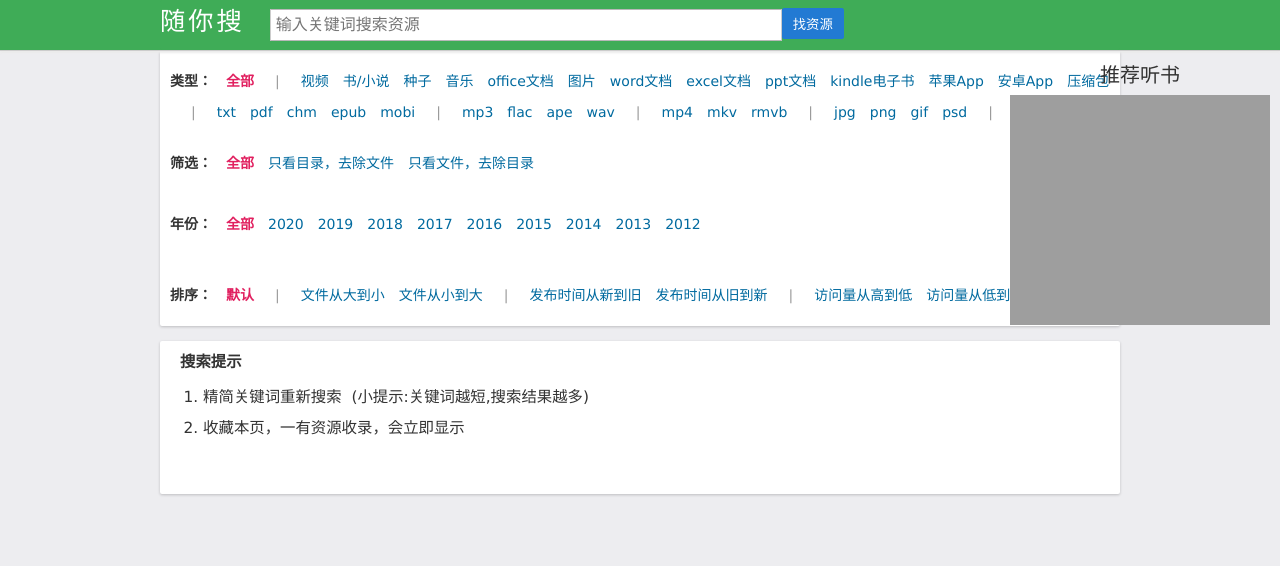
Repository: youngsailsail/nodeStudy
Page: / (app in 爬虫/前端vue/search-book/)
These files come from the project's save history. The page is drawn as it stood at one moment and after the next save; the edit follows.
The browser window is 1280 px wide. The pictures show the whole page.
Pictures or frames that could not be fetched are drawn as grey boxes. The project was rebuilt for these pictures with package versions that can differ from the ones it lists, and the page was loaded fresh each time. Also part of the build but not shown: 爬虫/前端vue/search-book/vue.config.js.

Above is the page before, as saved 2020-05-09 22:49:13.

### 爬虫/前端vue/search-book/src/App.vue
<template>
  <div id="app">
    <Search />
    <FilterBook />
    <List />
  </div>
</template>

<script>
import Search from "./components/Search.vue";
import FilterBook from "./components/FilterBook.vue";
import List from "./components/List.vue";

export default {
  name: "App",
  components: {
    Search,
    FilterBook,
    List
  }
};
</script>

<style>
@import "./assets/css/screen.css";
@import "./assets/css/app.css";
</style>

### 爬虫/前端vue/search-book/src/assets/css/app.css
@charset "utf-8";.center {
    text-align: center
}

.left {
    text-align: left
}

.right {
    text-align: right
}

.left- {
    float: left
}

.right- {
    float: right
}

.bothall {
    clear: both
}

.sep05 {
    margin-top: 5px
}

.sep {
    margin-top: 10px
}

.sep15 {
    margin-top: 15px
}

.sep.sep2 {
    margin-top: 20px
}

.sep.sep25 {
    margin-top: 25px
}

.sep.sep3 {
    margin-top: 30px
}

.sep.sep4 {
    margin-top: 40px
}

.sep.sep5 {
    margin-top: 50px
}

.sep05- {
    margin-bottom: 5px
}

.sep- {
    margin-bottom: 10px
}

.sep15- {
    margin-bottom: 15px
}

.sep2- {
    margin-bottom: 20px
}

.sep25- {
    margin-bottom: 25px
}

.sep3- {
    margin-bottom: 30px
}

.sep4- {
    margin-bottom: 40px
}

.sep5- {
    margin-bottom: 50px
}

.sep-13px {
    margin-top: 13px
}

.sep-14px {
    margin-top: 14px
}

.nosep {
    margin: 0
}

.sep-left {
    margin-left: 20px
}

.sep-left1 {
    margin-left: 10px
}

.sep-left05 {
    margin-left: 5px
}

.sep-right {
    margin-right: 20px
}

.sep-right1 {
    margin-right: 10px
}

.sep-right05 {
    margin-right: 5px
}

.sep-both {
    margin-right: 20px;
    margin-left: 20px
}

.sep-both1 {
    margin-right: 10px;
    margin-left: 10px
}

.sep-both05 {
    margin-right: 5px;
    margin-left: 5px
}

.bold {
    font-weight: bold
}

.nobold {
    font-weight: normal
}

.no-bold {
    font-weight: normal
}

.red {
    color: red
}

.blue {
    color: blue
}

.black {
    color: black
}

.white {
    color: white
}

.green {
    color: green
}

.hightlight {
    color: red
}

.cursor-pointer {
    cursor: pointer
}

.hide {
    display: none
}

.block,.display {
    display: block
}

.inline {
    display: inline
}

.inline-block {
    display: inline-block
}

.middle {
    vertical-align: middle
}

.top {
    vertical-align: top
}

.small {
    font-size: 90%
}

.small2 {
    font-size: 80%
}

.large {
    font-size: 110%
}

.large2 {
    font-size: 120%
}

.error,.notice,.success,.msg {
    padding: .8em;
    margin-bottom: 1em;
    border: 2px solid #ddd
}

.error {
    background: #fbe3e4;
    color: #8a1f11;
    border-color: #fbc2c4
}

.notice {
    background: #fff6bf;
    color: #514721;
    border-color: #ffd324
}

.success {
    background: #e6efc2;
    color: #264409;
    border-color: #c6d880
}

.msg {
    background: #d5edf8;
    color: #205791;
    border-color: #92cae4
}

.error a {
    color: #8a1f11
}

.notice a {
    color: #514721
}

.success a {
    color: #264409
}

.msg a {
    color: #205791
}

label {
    font-weight: bold
}

input[type=text],input[type=password],input[type=url],input[type=email],input.text,input.title,textarea,select {
    font-size: 1em
}

h1,h2,h3,h4,h5,h6 {
    font-size: 1.1em;
    line-height: 1.5em
}

.hint {
    color: #999
}

.light {
    color: #999
}

.red {
    color: #E12160
}

.blue {
    color: #227AD3
}

.green {
    color: #009A61
}

.orange {
    color: #FF6600
}

.light_green {
    color: #18C2C8
}

.highlight {
    color: #C00
}

.padding-sep {
    padding: 5px
}

.bold-s {
    display: none
}

.page-list {
    clear: both;
    text-align: center;
    margin: 20px 0;
    line-height: 26px
}

.page-list a,.page-list b {
    border: 1px solid #227AD3;
    text-decoration: none;
    display: inline-block;
    margin: 0 0 6px 4px;
    padding: 2px 6px;
    background-color: white
}

.page-list b {
    background-color: #227AD3;
    color: white
}

.slide .t,.slide2 .t {
    padding: 5px;
    display: block;
    font-weight: bold;
    height: 30x;
    line-height: 30x
}

.slide div.c,.slide2 div.c {
    padding: 5px
}

.slide h1,.slide2 h1,.slide h2,.slide2 h2 {
    padding: 5px;
    display: block;
    font-weight: bold;
    height: 30x;
    line-height: 30x
}

.slide h1.clear,.slide2 h1.clear,.slide h2.clear,.slide2 h2.clear {
    background-color: white
}

.slide .line,.slide2 .line {
    border: none;
    background-color: #DFDFDF;
    display: block;
    height: 1px;
    margin-bottom: .5em;
    overflow: hidden
}

.slide2 {
    padding: 5px
}

.slide2 h1,.slide2 h2 {
    border: 0
}

div.crumb {
    clear: both;
    color: #999;
    letter-spacing: 2px;
    padding: 5px;
    white-space: nowrap;
    overflow: hidden;
    text-overflow: ellipsis
}

img.cover {
    border: 1px solid #DFDFDF;
    padding: 2px;
    overflow: hidden;
    vertical-align: middle;
    width: 120px;
    height: 150px;
    display: block
}

ul.list2 {
    clear: both;
    list-style-type: none
}

ul.list2 li {
    float: left;
    width: 50%;
    border-bottom: 1px dashed #DFDFDF;
    white-space: nowrap;
    overflow: hidden;
    line-height: 2em;
    margin-top: 5px
}

ul.list2 li a.today {
    color: #E12160;
    text-decoration: none
}

ul.list2 li a.today:focus,ul.list2 li a.today:hover {
    color: #E12160;
    text-decoration: underline;
    background: none
}

ul.list2 li span.timeline {
    color: #999;
    font-size: 80%;
    margin-left: 1em
}

ul.list3 {
    clear: both;
    list-style-type: none
}

ul.list3 li {
    float: left;
    width: 33%;
    border-bottom: 1px dashed #DFDFDF;
    white-space: nowrap;
    overflow: hidden;
    line-height: 2em;
    margin-top: 5px
}

ul.list3 li a.today {
    color: #E12160;
    text-decoration: none
}

ul.list3 li a.today:focus,ul.list3 li a.today:hover {
    color: #E12160;
    text-decoration: underline;
    background: none
}

ul.list3 li span.timeline {
    color: #999;
    font-size: 80%;
    margin-left: 1em
}

ul.list4 {
    clear: both;
    list-style-type: none
}

ul.list4 li {
    float: left;
    width: 25%;
    border-bottom: 1px dashed #DFDFDF;
    white-space: nowrap;
    overflow: hidden;
    line-height: 2em;
    margin-top: 5px
}

ul.list4 li a.today {
    color: #E12160;
    text-decoration: none
}

ul.list4 li a.today:focus,ul.list4 li a.today:hover {
    color: #E12160;
    text-decoration: underline;
    background: none
}

ul.list4 li span.timeline {
    color: #999;
    font-size: 80%;
    margin-left: 1em
}

ul.simple-list,ul.side-long,ul.side {
    list-style-type: none
}

ul.simple-list i,ul.side-long i,ul.side i {
    color: #999;
    margin-right: 1em
}

ul.simple-list li,ul.side-long li,ul.side li {
    width: 100%;
    text-align: left;
    height: 2em;
    line-height: 2em;
    white-space: nowrap;
    text-overflow: ellipsis;
    overflow: hidden
}

ul.side-long li {
    float: left;
    width: 350px;
    margin-right: 15px
}

ul.simple-list li {
    padding: 5px 0 5px 5px;
    border-bottom: 1px solid #DFDFDF
}

a.suffix-a {
    display: block;
    padding: 5px 0 5px 5px;
    border-bottom: 1px solid #DFDFDF
}

ul.u-list {
    list-style-type: none
}

ul.u-list li {
    width: 460px;
    border: 1px solid #d8dbdc;
    float: left;
    margin: 0 10px 15px 0
}

ul.u-list li.ad {
    width: 100%;
    border: 0;
    margin: 0
}

ul.u-list div.user {
    padding: 10px
}

ul.u-list div.user img.avatar {
    border: 1px solid #c7c7c7;
    width: 60px;
    height: 60px
}

ul.u-list div.user div.info {
    margin: 2px 0 0 10px;
    width: 350px;
    position: relative;
    height: 60px;
    float: left
}

ul.u-list div.user a.goto-uk-page {
    font-size: .9em;
    height: 26px;
    line-height: 26px;
    background-color: #959595;
    color: #fff;
    padding: 0 8px;
    float: right
}

ul.u-list div.user p.status {
    margin-top: 20px
}

ul.u-list div.user div.desc {
    height: 27px;
    line-height: 30px;
    overflow: hidden
}

ul.avatar-wall {
    list-style-type: none;
    padding-left: 10px
}

ul.avatar-wall li {
    width: 60px;
    float: left;
    margin: 0 11px 15px 0
}

ul.avatar-wall img.avatar {
    border: 1px solid #c7c7c7;
    width: 60px;
    height: 60px
}

table.list h5 {
    width: 124px;
    height: 19px;
    line-height: 15px;
    padding-top: 6px;
    background: #484848;
    filter: alpha(opacity=82);
    opacity: .9;
    font-size: 12px;
    margin-top: -27px;
    color: white;
    font-weight: normal;
    text-align: center;
    overflow: hidden;
    white-space: nowrap
}

table.list td {
    padding-left: 8px;
    height: 170px;
    vertical-align: top;
    text-align: center;
    width: 14.28%
}

table.list-resource {
    table-layout: fixed
}

table.list-resource th {
    background: none repeat scroll 0 0 #EFEFEF;
    font-weight: bold;
    padding: .5em 0;
    border-bottom: 1px solid #ccc
}

table.list-resource td {
    color: #999;
    border-bottom: 1px solid #F7F7F7;
    padding: .8em 0;
    white-space: nowrap;
    overflow: hidden
}

table.list-resource td.t1 {
    padding-right: 10px;
    text-overflow: ellipsis
}

table.list-resource td.t2 {
    font-weight: bold
}

table.list-resource a.tag {
    padding: 0 .3em;
    background-color: #999;
    color: white
}

body {
    font-family: '微软雅黑',Verdana,Georgia,SimSun,Arial,Helvetica,'sans-serif';
    font-size: 14px;
    background: #EDEDF0;
    color: #333
}

h1 {
    font-size: 1.3em;
    font-weight: bold;
    overflow: hidden;
    line-height: 2em;
    height: 2em;
    clear: both;
    letter-spacing: .6px
}

h2 {
    font-weight: bold;
    overflow: hidden;
    clear: both;
    letter-spacing: .6px;
    font-size: 1.2em;
    height: 1.8em;
    line-height: 1.8em
}

select,input,textarea {
    font-family: '微软雅黑',Verdana,Georgia,SimSun,Arial,Helvetica,'sans-serif'
}

dl,dd {
    margin: 0
}

.container {
    width: 960px;
    background: white;
    -webkit-border-radius: 2px;
    -moz-border-radius: 2px;
    border-radius: 2px;
    -webkit-box-shadow: 0 1px 3px rgba(0,0,0,0.2);
    -moz-box-shadow: 0 1px 3px rgba(0,0,0,0.2);
    box-shadow: 0 1px 3px rgba(0,0,0,0.2)
}

.no-c-border {
    border: 0;
    box-shadow: none
}

a {
    color: #016A9F;
    text-decoration: none
}

a:focus,a:hover {
    color: #016A9F;
    text-decoration: underline;
    background: none
}

a.light {
    color: #999;
    text-decoration: none
}

a.light:focus,a.light:hover {
    color: #999;
    text-decoration: underline;
    background: none
}

a.red {
    color: #E12160;
    text-decoration: none
}

a.red:focus,a.red:hover {
    color: #E12160;
    text-decoration: underline;
    background: none
}

a.green {
    color: #009A61;
    text-decoration: none
}

a.green:focus,a.green:hover {
    color: #009A61;
    text-decoration: underline;
    background: none
}

a.no-underline:focus,a.no-underline:hover {
    text-decoration: none
}

.white {
    color: white
}

div.share-bar {
    background: none repeat scroll 0 0 #FFFCFB;
    border: 1px solid #FBD0B2;
    border-radius: 3px;
    margin: 10px 5px;
    padding-left: 10px;
    height: 45px;
    line-height: 45px
}

div.bdsharebuttonbox {
    float: right;
    margin-left: 1em
}

div.bdsharebuttonbox a {
    margin-right: .7em
}

span.share-hint {
    float: left;
    font-size: 16px;
    line-height: 42px;
    color: #E12160
}

ul.links {
    list-style-type: none
}

ul.links li {
    float: left;
    text-align: left;
    margin-right: 1em;
    padding-bottom: .5em;
    white-space: nowrap;
    overflow: hidden;
    width: 6em
}

#back-to-top {
    bottom: 290px;
    display: none;
    position: fixed;
    right: 20px;
    z-index: 999999
}

#back-to-top a {
    background: url("/img/back-to-top.gif") no-repeat scroll 0 0 #9F9F9F;
    display: block;
    height: 50px;
    overflow: hidden;
    text-indent: -999px;
    width: 50px
}

#back-to-top a:hover {
    background-color: #707070;
    background-position: -50px 0
}

div.search-history {
    margin-bottom: 14px
}

div.search-history a {
    display: inline-block;
    margin-right: 1em
}

div.announcement-bar {
    font-size: 1.1em;
    margin-bottom: 10px;
    line-height: 2em
}

div.announcement-bar a {
    color: #E12160;
    font-weight: bold
}

div.announcement-bar a.close {
    color: #016A9F;
    font-weight: normal;
    margin-left: 2em
}

.autocomplete-suggestions {
    text-align: left;
    border: 1px solid #999;
    background: #FFF;
    overflow: auto
}

.autocomplete-suggestions strong {
    font-weight: normal;
    color: #C00
}

.autocomplete-suggestion {
    padding: 2px 5px;
    white-space: nowrap;
    overflow: hidden
}

.autocomplete-selected {
    background: #F0F0F0
}

.autocomplete-group {
    padding: 2px 5px
}

.autocomplete-group strong {
    display: block;
    border-bottom: 1px solid #000
}

.top-nav1 {
    background: #333;
    padding: 1em 0
}

.top-nav1 span.name {
    letter-spacing: 3px;
    font-size: 2em
}

.top-nav1 span.name a {
    color: white
}

.top-nav1 span.name a:focus,.top-nav1 span.name a:hover {
    color: white;
    text-decoration: none
}

.top-nav1 span.domain {
    margin-left: .6em;
    font-size: 1em;
    font-style: italic
}

.top-nav1 span.domain a {
    color: #009A61
}

.top-nav1 span.slogan1 {
    color: #F7F7F7;
    margin-left: 1em;
    font-size: .8em
}

.top-nav1 span.slogan2 {
    color: #999;
    float: right;
    font-style: italic
}

.top-nav2 {
    background: white;
    margin-bottom: 10px;
    height: 51px
}

.top-nav2 ul {
    list-style-type: none
}

.top-nav2 ul li {
    float: left;
    padding: .6em .6em 0 0;
    width: 85px
}

.top-nav2 ul li a {
    font-size: 1.3em;
    color: #333
}

.top-nav2 ul li a:focus,.top-nav2 ul li a:hover {
    color: #333;
    text-decoration: none
}

div.search {
    display: inline-block
}

div.search input.k {
    width: 17em;
    margin-left: 3em
}

div.search div.ad {
    margin-left: 9em
}

div.search-block {
    display: block;
    text-align: center;
    float: none
}

div.search-block input.k {
    padding: 5px;
    font-size: 1.3em;
    width: 60%;
    margin-left: 0
}

div.search-block div {
    margin-top: 1em;
    text-align: left
}

div.search-block p {
    margin-top: .5em;
    text-align: left;
    margin-left: 12em
}

div.top-fix-nav {
    background: rgb(63, 172, 87) none repeat scroll 0 0;
    border-bottom: 1px solid #ccc;
    box-shadow: 0 2px 2px #ebebeb;
    height: 50px;
    line-height: 50px;
    position: fixed;
    width: 100%;
    z-index: 999
}

div.top-fix-nav .container {
    background:rgb(63, 172, 87)
}

div.top-fix-nav span.name {
    letter-spacing: 3px;
    font-size: 1.8em;
    height: 35px;
    line-height: 35px;
    margin-right: 1em
}

div.top-fix-nav span.name span.blue {
    color: #008BF5
}

div.top-fix-nav span.name a {
    color: white
}

div.top-fix-nav span.name a:focus,div.top-fix-nav span.name a:hover {
    color: white;
    text-decoration: none
}

div.search input.title,div.search-block input.title,div.top-fix-nav input.title {
    font-size: 16px;
    border-color: #b8b8b8 #ccc;
    width: 500px;
    padding: 0 5px;
    height: 30px;
}

div.search input.s_btn,div.search-block input.s_btn,div.top-fix-nav input.s_btn {
    border: 1px solid #227ad3;
    border-radius: 2px;
    background: #227ad3 none repeat scroll 0 0;
    padding: 0 10px;
    color: #fff !important;
    cursor: pointer;
    display: inline-block;
    vertical-align: middle;
    height: 31px;
    line-height: 31px;
    margin-bottom: 6px
}

div.no-fix {
    position: static
}

div.header-clear {
    height: 60px;
    width: 100%
}

div.footer {
    text-align: center;
    color: #999;
    margin-top: 2em
}

div.search-page {
    padding: 0 10px
}

div.search-page h1 {
    font-size: 1em;
    font-weight: normal
}

div.search-page div.row {
    padding: 25px 0 5px 5px;
    border-bottom: 1px solid #efefef
}

div.search-page div.row p {
    margin: 0
}

div.search-page div.row h3 {
    width: 950px;
    white-space: nowrap;
    overflow: hidden;
    text-overflow: ellipsis;
    line-height: 1.5em;
    height: 1.5em;
    margin: 0 0 .5em 0
}

div.search-page div.row h3 a {
    font-size: 1.1em
}

div.search-page div.row img {
    vertical-align: middle
}

div.search-page div.row span.size {
    color: #000
}

div.search-page ol {
    margin: .5em 0 0 1.5em
}

div.search-page ol li {
    line-height: 2em
}

div.search-page div.page-list {
    margin-top: 40px;
    text-align: left
}

div.search-toolbox {
    padding: 10px
}

div.search-toolbox span.sep {
    margin: 0 .5em 0 1.5em;
    color: #999
}

div.search-toolbox a {
    margin-left: 1em;
    display: inline-block;
    padding-bottom: 10px
}

div.search-toolbox a.on,div.search-toolbox input.on {
    color: #E12160;
    font-weight: bold
}

div.search-toolbox input.custom_filter {
    margin-left: 10px;
    width: 400px;
    padding: 3px 5px;
    font-size: .9em
}

div.search-toolbox form {
    display: inline-block
}

div.search-toolbox #custom_filter_error {
    background: #fff6bf;
    color: #E12160;
    border-color: #ffd324;
    display: none;
    padding: .5em
}

div.search-toolbox div.search-history {
    margin: 15px 0 0 0
}

div.resource-page h1 {
    font-size: 24px;
    height: auto;
    line-height: 2em;
    overflow: visible;
    white-space: wrap
}

div.resource-page div.col-a {
    padding: 5px 0 0 5px
}

div.resource-page div.col-a h2 {
    color: #333
}

div.resource-page div.col-a dl {
    margin-left: 10px;
    clear: both
}

div.resource-page div.col-a dl dd {
    float: left;
    height: 2em;
    line-height: 2em;
    overflow: hidden;
    width: 450px;
    margin: 5px 0
}

div.resource-page div.col-a dl dd.one {
    display: block;
    width: 100%
}

div.resource-page div.col-a div.share-bar {
    margin-bottom: 0
}

div.resource-page div.col-a a.dbutton,div.resource-page div.col-a a.dbutton-brown {
    background: #24A827;
    border: 1px solid #24A827;
    color: #fff;
    display: inline-block;
    margin-left: 10px;
    border-radius: 3px;
    padding: 0 10px;
    font-weight: bold;
    font-size: 1.2em;
    text-decoration: none
}

div.resource-page div.col-a a.brown-button {
    background: #BB5600;
    border-color: #BB5600
}

div.resource-page div.col-a a.blue-button {
    background: #008CD5;
    border-color: #008CD5
}

div.resource-page div.col-a a.dbutton2,div.resource-page div.col-a a.dbutton2-blue {
    background: #09b396;
    border: 1px solid #09b396;
    color: #fff;
    display: inline-block;
    padding: 0 10px;
    text-decoration: none;
    font-weight: bold;
    font-size: 1.2em
}

div.resource-page div.col-a a.dbutton2-blue {
    background: #227AD3;
    border-color: #227AD3
}

div.resource-page ul.avatar-wall li {
    margin-right: 16px
}

div.resource-page blockquote {
    margin: 0;
    padding: 15px;
    line-height: 22px;
    border-radius: 0 2px 2px 0;
    background-color: #f2f2f2;
    font-style: normal
}

div.u-list-page,div.mark-page,div.ca-page {
    padding: 5px
}

div.mark-page div.search-history,div.page-404 div.search-history,div.page-404-resource div.search-history {
    margin-left: 7em
}

div.index-page {
    margin-top: 20px;
    padding: 180px 5px 100px 5px
}

div.index-page div.search-block {
    text-align: left
}

div.index-page div.search-block input.k {
    width: 550px;
    border-color: #227AD3
}

div.index-page div.total-hint {
    color: #666;
    width: 530px
}

div.index-page table.ca-last td,div.index-page table.ca-last li {
    width: 345px
}

div.index-page ul.avatar-wall li {
    margin-right: 12px
}

div.last-page {
    padding: 5px
}

div.uk-page {
    padding: 5px
}

div.userinfo {
    color: #666
}

div.userinfo p.info {
    height: 155px
}

div.userinfo span.time {
    color: #999;
    font-size: .8em
}

div.userinfo img {
    float: left;
    padding: 3px;
    background: white;
    vertical-align: middle;
    border: 1px solid #ddd;
    box-shadow: 0 0 1px rgba(0,0,0,0.1);
    margin-right: 2em
}

div.userinfo table {
    vertical-align: top
}

div.userinfo table td {
    padding: 0
}

div.page-404-resource ul.side {
    padding: 0 5px
}

div.page-404-resource ul.side li {
    float: left;
    width: 470px
}

div.cp-page pre {
    white-space: pre-wrap;
    word-wrap: break-word;
    margin: 1.5em 0;
    font: 1em 'andale mono','lucida console',monospace;
    line-height: 1.5
}

div.help-page {
    padding: 5px
}

div.help-page h3 {
    margin: 20px 0 1em 0;
    font-size: 1.2em
}

div.help-page img {
    padding: 0;
    margin: 0
}

div.help-page div.sidebar {
    display: inline-block;
    width: 195px;
    float: left
}

div.help-page div.sidebar div.top-tit {
    font-size: 16.8px;
    font-weight: 700;
    padding: 20px 0 15px 10px
}

div.help-page div.sidebar ul {
    font-size: 14px;
    list-style: none;
    margin: 0;
    padding: 0;
    padding-left: 10px
}

div.help-page div.sidebar ul li {
    position: relative;
    padding-left: 10px;
    cursor: pointer
}

div.help-page div.sidebar ul li.active {
    background-color: #f5f5f5
}

div.help-page div.sidebar ul a {
    display: inline-block;
    width: 99%;
    color: #333;
    height: 40px;
    line-height: 40px;
    text-decoration: none;
    outline: 0
}

div.help-page div.main-content,div.help-page div.feedback-content,div.help-page div.submit-content,div.help-page div.list-content {
    border-left: 1px solid #e8e8e8;
    padding-left: 20px;
    display: inline-block;
    min-height: 500px;
    float: left;
    width: 730px
}

div.help-page div.main-content h1 {
    font-size: 22px
}

div.help-page div.list-content ul {
    font-size: 16px;
    list-style: none;
    line-height: 45px;
    padding: 0
}

div.help-page div.submit-content,div.help-page div.feedback-content {
    padding-top: 20px
}

div.help-page div.submit-content ol,div.help-page div.feedback-content ol {
    padding: 0 0 0 50px;
    margin: 0;
    line-height: 2em
}

div.help-page div.submit-content form,div.help-page div.feedback-content form {
    margin-top: 60px
}

div.help-page div.submit-content textarea,div.help-page div.feedback-content textarea {
    width: 680px;
    height: 200px
}

div.help-page div.submit-content input[name=email],div.help-page div.feedback-content input[name=email] {
    width: 680px
}

div.help-page div.submit-content input[name=qq],div.help-page div.feedback-content input[name=qq],div.help-page div.submit-content input[name=wx],div.help-page div.feedback-content input[name=wx] {
    width: 288px
}

div.help-page div.submit-content input[type=submit],div.help-page div.feedback-content input[type=submit] {
    border: 0;
    border-radius: 0;
    outline: 0;
    width: 100px;
    height: 35px;
    line-height: 35px;
    font-size: 14px;
    font-weight: 700;
    color: #FFF;
    cursor: pointer;
    background-color: #227AD3
}

div.help-page div.submit-content input[type=submit].disabled,div.help-page div.feedback-content input[type=submit].disabled {
    background-color: #999
}

div.help-page div.submit-content textarea {
    width: 680px;
    height: 300px
}

div.help-page div.submit-content textarea[name=msg] {
    height: 100px
}

### 爬虫/前端vue/search-book/src/components/Search.vue
<template>
  <div class="top-fix-nav">
    <div class="container no-c-border">
      <span class="name">
        <a href="http://www.rufengso.net/">随你搜</a>
      </span>
      <form style="display:inline" @submit.prevent="submit">
        <input
          placeholder="输入关键词搜索资源"
          autocomplete="off"
          maxlength="255"
          type="text"
          class="title"
          name="n"
          v-model="searchTxt"
        />
        <input type="submit" class="s_btn" value="找资源" />
        <!-- <input type="checkbox" id="close_sug" class="sep-left1" checked="checked" />
        <span class="white small2">关闭搜索提示</span>-->
      </form>
    </div>
  </div>
</template>
<script>
import { mapActions } from "vuex";
export default {
  data() {
    return {
      searchTxt: ""
    };
  },
  methods: {
    ...mapActions(["getListData"]),
    submit(e) {
      if (!this.searchTxt) {
        alert("请先输入资源名称");
        return;
      }
      const query = {
        n: this.searchTxt,
        isSearch: true
      };
      this.getListData(query);
    }
  }
};
</script>

Loaded but not shown: 爬虫/前端vue/search-book/public/index.html (common file); 爬虫/前端vue/search-book/src/util/http.js (53 lines, source omitted); 爬虫/前端vue/search-book/src/store/index.js (39 lines, source omitted); 爬虫/前端vue/search-book/src/main.js (11 lines, source omitted); 爬虫/前端vue/search-book/src/components/FilterBook.vue (173 lines, source omitted); 爬虫/前端vue/search-book/src/assets/css/screen.css (102 lines, source omitted); 爬虫/前端vue/search-book/src/components/List.vue (134 lines, source omitted)

After the next save:
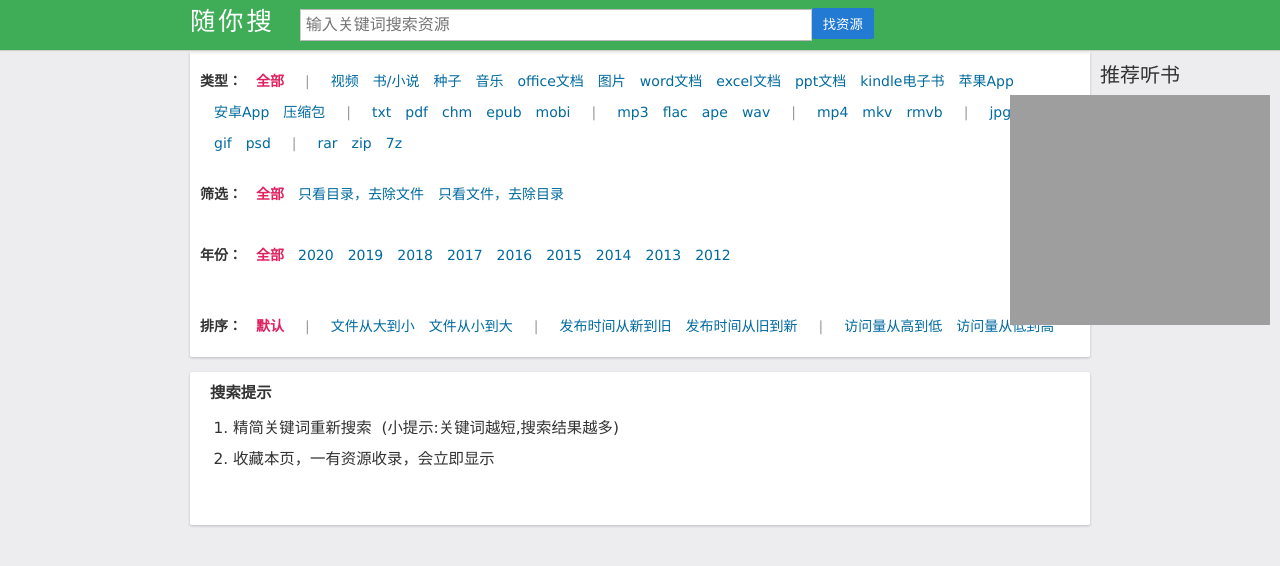
Saved 46 s later.
--- a/爬虫/前端vue/search-book/src/assets/css/app.css
+++ b/爬虫/前端vue/search-book/src/assets/css/app.css
@@ -697,7 +697,7 @@ dl,dd {
 }
 
 .container {
-    width: 960px;
+    width: 900px;
     background: white;
     -webkit-border-radius: 2px;
     -moz-border-radius: 2px;
